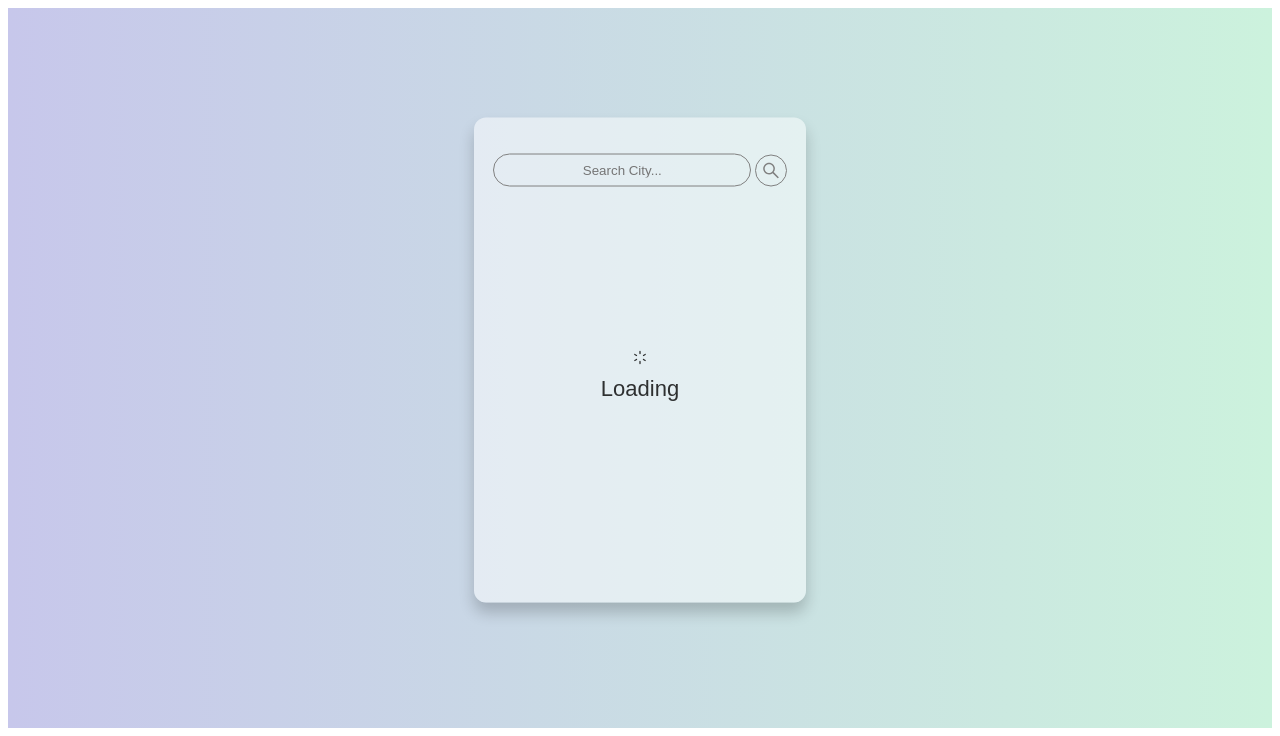
Repository: vaishnavik94/WeatherAPP
Page: /
An editor plug-in stored every save of this project. The page is shown before and after the next save, followed by the edit.
The browser window is 1280 px wide. The pictures show the whole page.
The page's requests for data from a server got no answer. The project was rebuilt for these pictures with package versions that can differ from the ones it lists, and the page was loaded fresh each time. No one was signed in, and anything a server would have sent is missing.

Above is the page before, as saved 2024-04-18 16:24:56.

### public/index.html
<!DOCTYPE html>
<html lang="en">

  <head>
    <meta charset="utf-8" />
    <meta name="viewport" content="width=device-width, initial-scale=1" />
    <meta name="theme-color" content="#000000" />
    <meta name="description" content="Web site created using create-react-app"/>

    <title>React App</title>
  </head>

  <body>
    <noscript>You need to enable JavaScript to run this app.</noscript>
    <div id="root"></div>

  </body>

</html>

### src/App.tsx
import React from 'react';
import './App.css';
import DisplayWeather from './components/DisplayWeather';

function App() {
  return (
    <div className="App">
      <DisplayWeather/>
    </div>
  );
}

export default App;

### src/components/DisplayWeather.tsx
import React from 'react'
import { MainWrapper } from './styles.module'
import { AiOutlineSearch } from "react-icons/ai";
import { WiHumidity } from "react-icons/wi";
import { BiWind } from "react-icons/bi";
import { RiLoaderFill } from "react-icons/ri";
import { TiWeatherPartlySunny } from "react-icons/ti";
import { BsFillSunFill, BsFillCloudFill, BsFillCloudRainFill, BsCloudFog2Fill, BsCloudyFill } from "react-icons/bs";
import axios, { Axios } from 'axios';


interface WeatherDataProps{
    name: string;

    main: {
        temp: number;
        humidity: number;
    };
    sys: {
        country: string;
    };

    wind: {
        speed:number;
    };
    weather: {
        main: string;
    }[];
}

const DisplayWeather = () => {

    const api_key="0cc86d16bf572f78cdc96c096c7627e5";
    const api_Endpoint = "https://api.openweathermap.org/data/2.5/";

    const [weatherData, setWeatherData] = React.useState<WeatherDataProps | null>(null);

    const [isLoading, setLoading] = React.useState(false);

    const fetchCurrentWeather = async (lat:number, lon:number) =>{
        const url = `${api_Endpoint}weather?lat=${lat}&lon=${lon}&appid=${api_key}&units=metric`;
        const response = await axios.get(url);

        return response.data;
    };

    const iconChanger = (weather:string) => {
        let iconElement: React.ReactNode;
        let iconColor:string;

        switch(weather) {
            case "Rain":
                iconElement = <BsFillCloudRainFill/>
                iconColor="#272829"
                break;

            case "Clear":
                iconElement = <BsFillSunFill/>
                iconColor="#ffc436"
                break;

            case "Clouds":
                iconElement = <BsCloudyFill/>
                iconColor="#102c57"
                break;

            case "Mist":
                iconElement = <BsCloudFog2Fill/>
                iconColor="#279eff"
                break;

            default :
                iconElement = <TiWeatherPartlySunny/>
                iconColor="#782869"
        }

        return (
            <span className="icon" style={{color:iconColor}}>
                {iconElement}
            </span>
        )
    }
    React.useEffect(() =>{
        navigator.geolocation.getCurrentPosition((position) => {
            const { latitude, longitude} = position.coords;
            Promise.all([fetchCurrentWeather(latitude,longitude)]).then(
                ([currentWeather]) => {
                    setWeatherData(currentWeather);
                    setLoading(true);
                    console.log(currentWeather);
                }
            );
        });
    });

  return (
    <MainWrapper>

        <div className="container">
            <div className="searchArea">
                <input type="text" placeholder='Search City...' id="cityInput"/>
                <div className="searchCircle">
                    <AiOutlineSearch className='searchIcon' />
                </div>
            </div>


            {weatherData && isLoading ?(
                <>
                    <div className="weatherArea">
                        <h1>{weatherData.name}</h1>
                        <span>{weatherData.sys.country}</span>
                        <div className="icon">
                            {iconChanger(weatherData.weather[0].main)}
                        </div>
                        <h1>{weatherData.main.temp.toFixed(0)}</h1>
                        <h2>{weatherData.weather[0].main}</h2>
                    </div>

                    <div className="bottomInfoArea">
                        <div className="humidityLevel">
                            <WiHumidity className='windIcon'/>
                            <div className="humidInfo">
                                <h1>{weatherData.main.humidity}%</h1>
                                <p>Humidity</p>
                            </div>
                        </div>

                        <div className="windLevel">
                            <BiWind className='windIcon'/>
                            <div className="windInfo">
                                <h1>{weatherData.wind.speed}km/h</h1>
                                <p>Wind Speed</p>
                            </div>
                        </div>

                    </div>
                </>
            ):(
                <div className="loading">
                    <RiLoaderFill className='"loadingIcon'/>
                    <p>Loading</p>
                </div>
            )}

        </div>

    </MainWrapper>
  );
};

export default DisplayWeather

### src/components/styles.module.ts
import styled from "styled-components";


export const MainWrapper = styled.div`
height: 100vh;
background: linear-gradient(to right, #c7c7eb, #ccf2dd);
.container {
background-color: #ffffff7d;
border-radius: 12px;
padding: 1rem;
position: absolute;
top: 50%;
left: 50%;
transform: translate(-50%, -50%);
box-shadow: 0 10px 15px rgb(0 0 0 / 20%);
box-sizing: border-box;
color: rgba(0, 0, 0, 0.8);
background-blend-mode: overlay;
justify-content: space-between;
align-items: center;
flex-direction: column;
position: absolute;
}


.searchArea {
margin-top: 20px;
display: flex;
justify-content: space-evenly;
align-items: center;
width: 100%;
}


.searchArea > input {
outline: none;
border: none;
border: 1px solid grey;
padding: 8px;
border-radius: 20px;
text-align: center;
width: 80%;
background: transparent;
}
.searchCircle {
border: 1px solid grey;
width: 30px; /* Adjust the width of the circle as needed */
height: 30px; /* Ensure the height matches the width for a perfect circle */
border-radius: 50%;
display: flex;
justify-content: center;
align-items: center;
cursor: pointer;


> .searchIcon {
font-size: 20px;
color: grey;
}
}


.weatherArea {
display: flex;
align-items: center;
flex-direction: column;
margin: 30px 0;


> .icon {
font-size: 9rem;


/* DO LATER NOT WHEN CREATING UI */
}


> h1 {
font-size: 3rem;


font-family: "Bebas Neue", sans-serif;
}


> span {
margin-bottom: 10px;
font-family: "Inter", sans-serif;
}


> h2 {
font-size: 2rem;
font-family: "Inter", sans-serif;
font-weight: 400;
}
}


.bottomInfoArea {
display: flex;
align-items: center;
justify-content: space-around;
font-family: "Josefin Sans", sans-serif;
margin: 10px;
background: linear-gradient(
90deg,
rgba(243, 255, 253, 1) 0%,
rgba(253, 255, 232, 1) 100%
);
border-radius: 12px;
padding: 10px;
}
.humidityLevel,
.wind {
display: flex;
align-items: center;
margin: 0 20px;


> .humidIcon {
font-size: 3rem;
}
}


.windIcon {
font-size: 2rem;
margin-right: 10px;
}


.loading {
height: 400px;
width: 300px;
display: flex;
flex-direction: column;
justify-content: center;
align-items: center;
z-index: 9999;


.loadingIcon {
font-size: 3rem;
/* DO LATER NOT WHEN CREATING UI */
animation: spin 2s linear infinite;
}
p {
font-size: 22px;
margin-top: 10px;
font-family: "Josefin Sans", sans-serif;
}
}


/* DO LATER NOT WHEN CREATING UI */
@keyframes spin {
from {
transform: rotate(0deg);
}
to {
transform: rotate(360deg);
}
}
`;

Loaded but not shown: src/index.tsx (common file); src/App.css (common file)

After the next save:
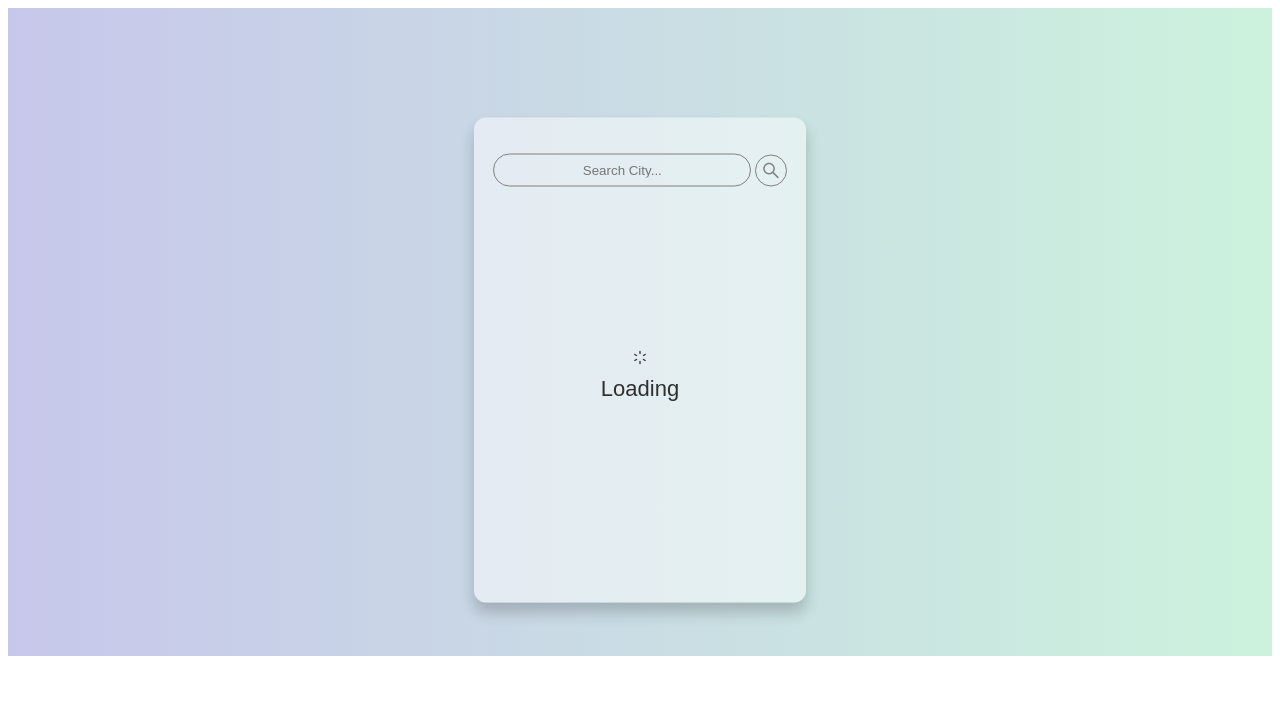
Saved 81 s later.
--- a/src/components/styles.module.ts
+++ b/src/components/styles.module.ts
@@ -2,7 +2,7 @@ import styled from "styled-components";
 
 
 export const MainWrapper = styled.div`
-height: 100vh;
+height: 90vh;
 background: linear-gradient(to right, #c7c7eb, #ccf2dd);
 .container {
 background-color: #ffffff7d;
